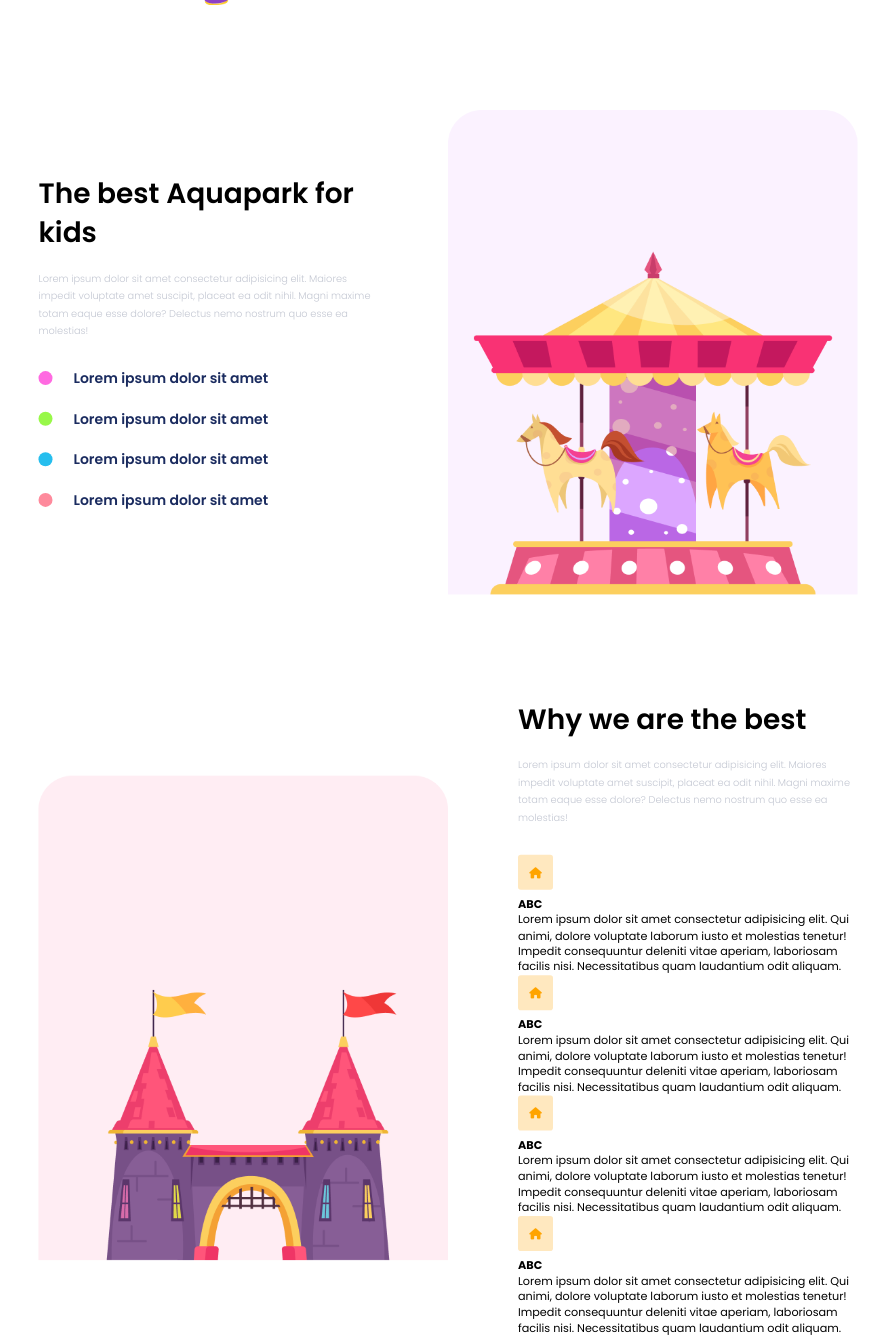
Repository: khuong30082000/the-playground
Page: index.html
An editor plug-in stored every save of this project. The page is shown before and after the next save, followed by the edit.
The browser window is 1280 px wide. The pictures show the part of the page from y = 2043 to 3963 px (the page is 3952 px tall before and 3963 px after), at 70% of full size.
Some web libraries are served in a nearby version. The style sheet was rebuilt from its Sass, Less or Tailwind sources for each picture, by a compiler version that may differ from the author's.

Above is the page before, as saved 2022-06-20 17:04:06.

After the next save:
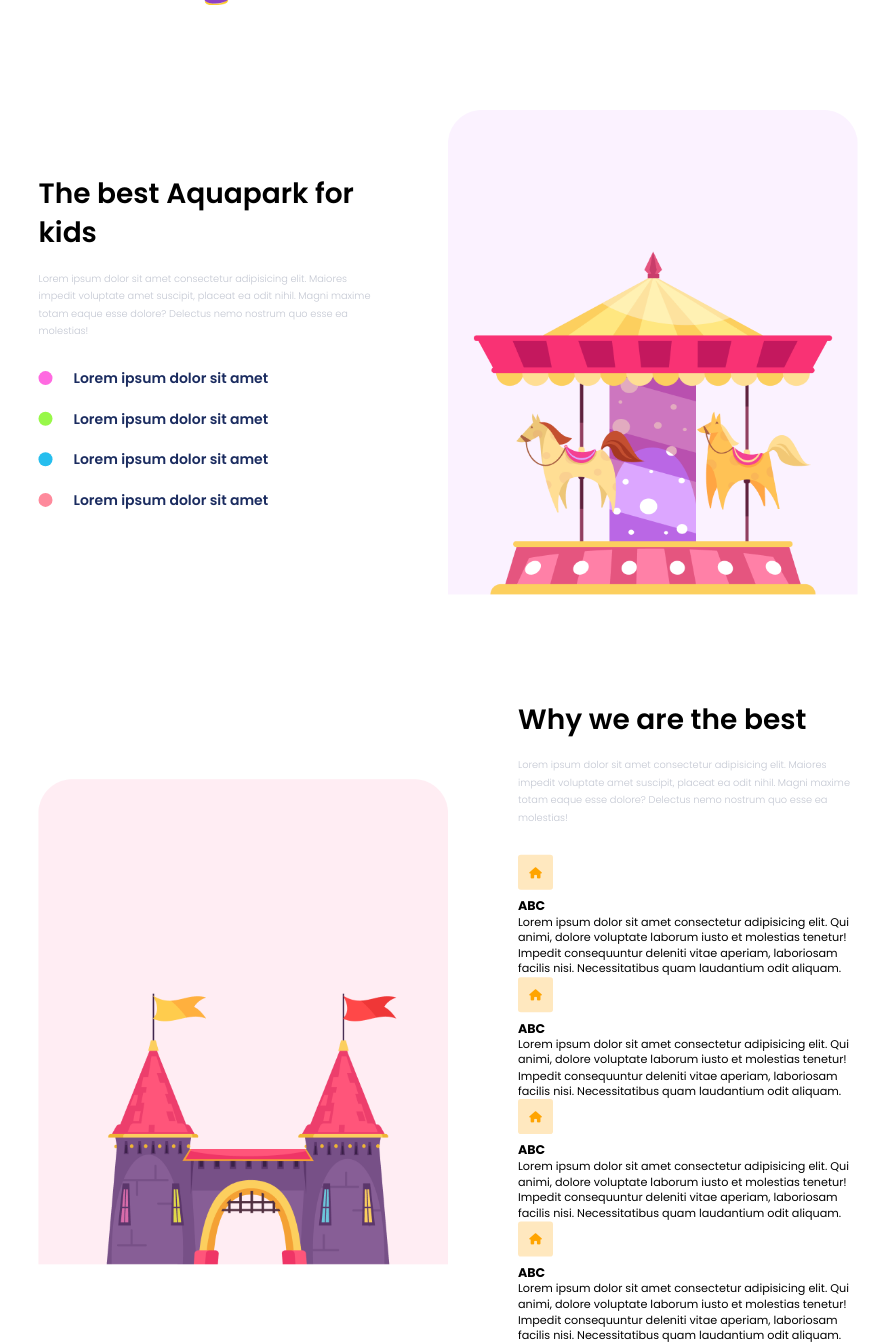
Saved 5 h 9 min later.
--- a/scss/_feature.scss
+++ b/scss/_feature.scss
@@ -98,6 +98,9 @@
             }
 
         }
+        &-title {
+            font-size: 1.8rem;
+        }
 
     }
 }
